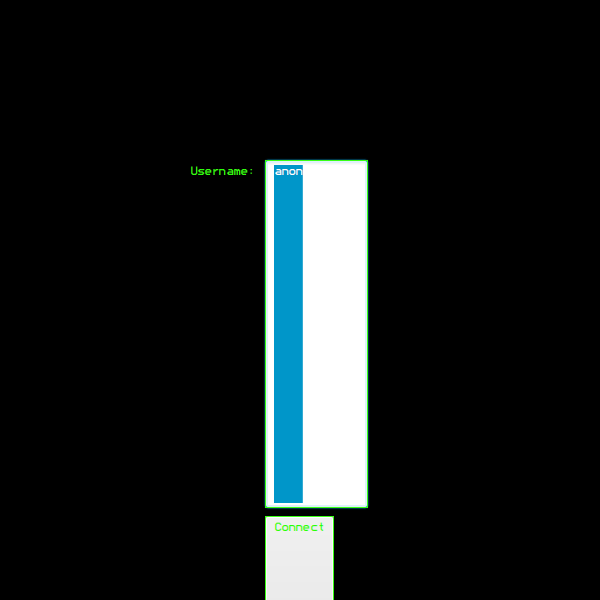
Repository: silic4-ivey/River
Program's window: java RiverClient/src/Main.java
These files come from the project's save history. The program's window is drawn as it stood at one moment and after the next save; the edit follows.
It runs on Java 21 on a 1366 x 768 screen with JavaFX 11; the title bar is not drawn. It also reads RiverClient/resources/fonts/Modeseven-L3n5.ttf.

Above is the program's window before, as saved 2021-08-16 18:52:47.

After the next save:
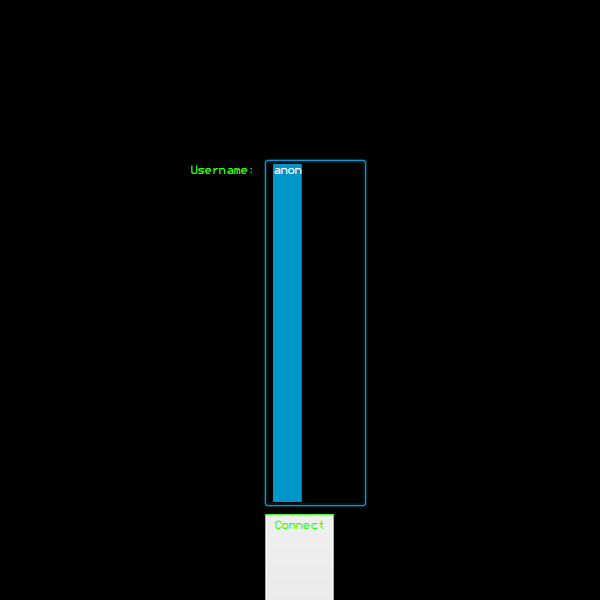
Saved 32 s later.
--- a/RiverClient/src/MainUI.java
+++ b/RiverClient/src/MainUI.java
@@ -50,10 +50,10 @@
 		}catch(FileNotFoundException e) {
 			e.printStackTrace();
 		}
+		text.setStyle("-fx-border-color: #39ff14");
 
 		text.setStyle("-fx-text-inner-color: #39ff14");
 		text.setStyle("-fx-control-inner-background: black");
-		text.setStyle("-fx-border-color: #39ff14");
 		userLbl.setTextFill(Color.web("#39ff14"));
 		connectButton.setTextFill(Color.web("#39ff14"));
 		connectButton.setStyle("-fx-background-color: black");
